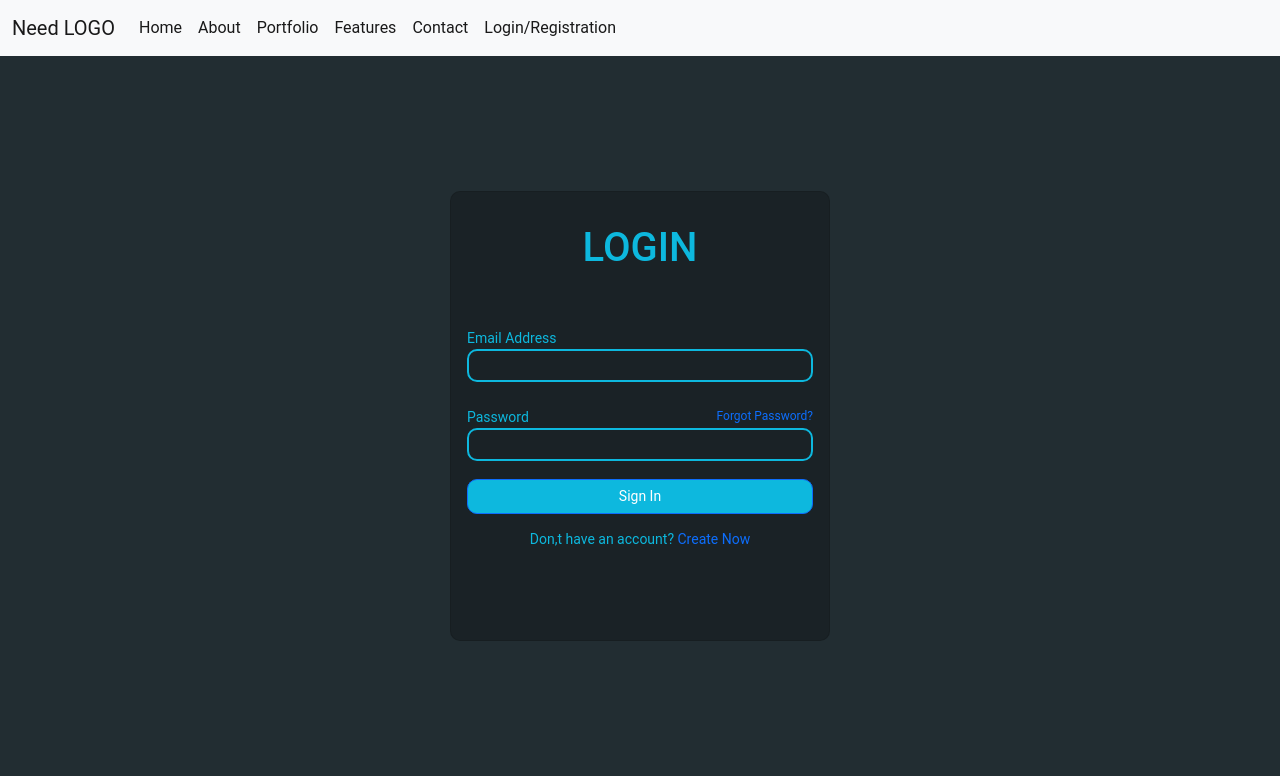
Repository: zjria/Bootstrap_logIn_1
Page: LoginPage/index.html
The author's editor kept a copy of each file at every save. The page is drawn from the files as they stood at one save, then again after the next save.
The browser window is 1280 px wide. The pictures show the whole page.

Above is the page before, as saved 2022-06-19 10:42:16.

### LoginPage/index.html
<!DOCTYPE html>
<html lang="en">
<head>
    <meta charset="UTF-8">
    <meta http-equiv="X-UA-Compatible" content="IE=edge">
    <meta name="viewport" content="width=device-width, initial-scale=1.0">
    <title>LogIn Page</title>

    <!-- Bootstrap CDN Link -->
    <link href="https://cdn.jsdelivr.net/npm/bootstrap@5.0.2/dist/css/bootstrap.min.css" rel="stylesheet" integrity="sha384-EVSTQN3/azprG1Anm3QDgpJLIm9Nao0Yz1ztcQTwFspd3yD65VohhpuuCOmLASjC" crossorigin="anonymous">

    <!-- Google Font -->
    <link rel="preconnect" href="https://fonts.googleapis.com">
    <link rel="preconnect" href="https://fonts.gstatic.com" crossorigin>
    <!-- Custom Css -->
    <link rel="stylesheet" href="style.css">
</head>
<body>

    <!-- Navbar -->
    <nav class="navbar navbar-expand-lg navbar-light bg-light">
        <div class="container-fluid">
          <a class="navbar-brand" href="#">Need LOGO</a>
          <button class="navbar-toggler" type="button" data-bs-toggle="collapse" data-bs-target="#navbarSupportedContent" aria-controls="navbarSupportedContent" aria-expanded="false" aria-label="Toggle navigation">
            <span class="navbar-toggler-icon"></span>
          </button>
          <div class="collapse navbar-collapse" id="navbarSupportedContent">
            <ul class="navbar-nav mb-2 mb-lg-0 ml-auto">
              <li class="nav-item">
                <a class="nav-link active" aria-current="page" href="#">Home</a>
              </li>
              <li class="nav-item">
                <a class="nav-link active" aria-current="page" href="#">About</a>
              </li>
              <li class="nav-item">
                <a class="nav-link active" aria-current="page" href="#">Portfolio</a>
              </li>
              <li class="nav-item">
                <a class="nav-link active" aria-current="page" href="#">Features</a>
              </li>
              <li class="nav-item">
                <a class="nav-link active" aria-current="page" href="#">Contact</a>
              </li>
              <li class="nav-item">
                <a class="nav-link active" aria-current="page" href="#">Login/Registration</a>
              </li>

            </ul>

          </div>
        </div>
      </nav>



    <!-- Login Form -->
    <div class="global-container">
        <div class="card login-form">
            <div class="card-body">
                <h1 class="card-body text-center">LOGIN</h1>
                <div class="card-text">
                    <form action="#">

                        <div class="form-group">
                            <label for="exampleInputEmail1">Email Address</label>
                            <input type="email" class="form-control form-control-sm" id="exampleInputEmail1">
                        </div>

                        <div class="form-group">
                            <label for="exampleInputPassword1">Password</label>
                            <a href="#" style="float: right; font-size: 12px;" class="text-decoration-none">Forgot Password?</a>

                            <input type="password" class="form-control form-control-sm mb-2" id="exampleInputPassword1">

                            <div class="d-grid gap-2">

                                <button type="submit" class="btn btn-primary">
                                    Sign In
                                </button>

                              </div>

                            </div>




                        <div class="signup">Don,t have an account? <a href="#" class="text-decoration-none">Create Now</a></div>
                    </form>
                </div>
            </div>
        </div>
    </div>

<!-- Bootstrap JavaScript Link -->
<script src="https://cdn.jsdelivr.net/npm/bootstrap@5.0.2/dist/js/bootstrap.bundle.min.js" integrity="sha384-MrcW6ZMFYlzcLA8Nl+NtUVF0sA7MsXsP1UyJoMp4YLEuNSfAP+JcXn/tWtIaxVXM" crossorigin="anonymous"></script>

</body>
</html>

### LoginPage/style.css
body, html {
    height: 100%;
    background-color: #222d32 !important;
    font-family: 'Roboto', sans-serif;
}
.global-container{
    height: 100%;
    display: flex;
    align-items: center;
    justify-content: center;
    color: #0db8de;
}
form{
    padding-top: 10px;
    margin-top: 30px;
    font-size: 14px;
}
.login-form{
    width: 380px;
    height: 450px;
    margin: 20px;
    background: #1a2226 !important;
    border-radius: 10px !important;
}

input[type="email"],
input[type="password"]{
    background: #1a2226;
    border: 2px solid #0db8de;
    border-radius: 10px;
    margin-bottom: 25px;
    color: #fff;
}
/* input[type="email"]:focus,
input[type="password"]:focus{
    outline: none;
    border: none;
    background: #1a2226;
    margin: 0;
} */
.card-title{
    font-weight: 900;
    padding-top: 20px;
}
.btn{
    background: #0db8de;
    font-size: 14px;
    transform: translateY(10px);
    border-radius: 10px !important;
}
.signup{
    text-align: center;
    padding-top: 25px;
}

After the next save:
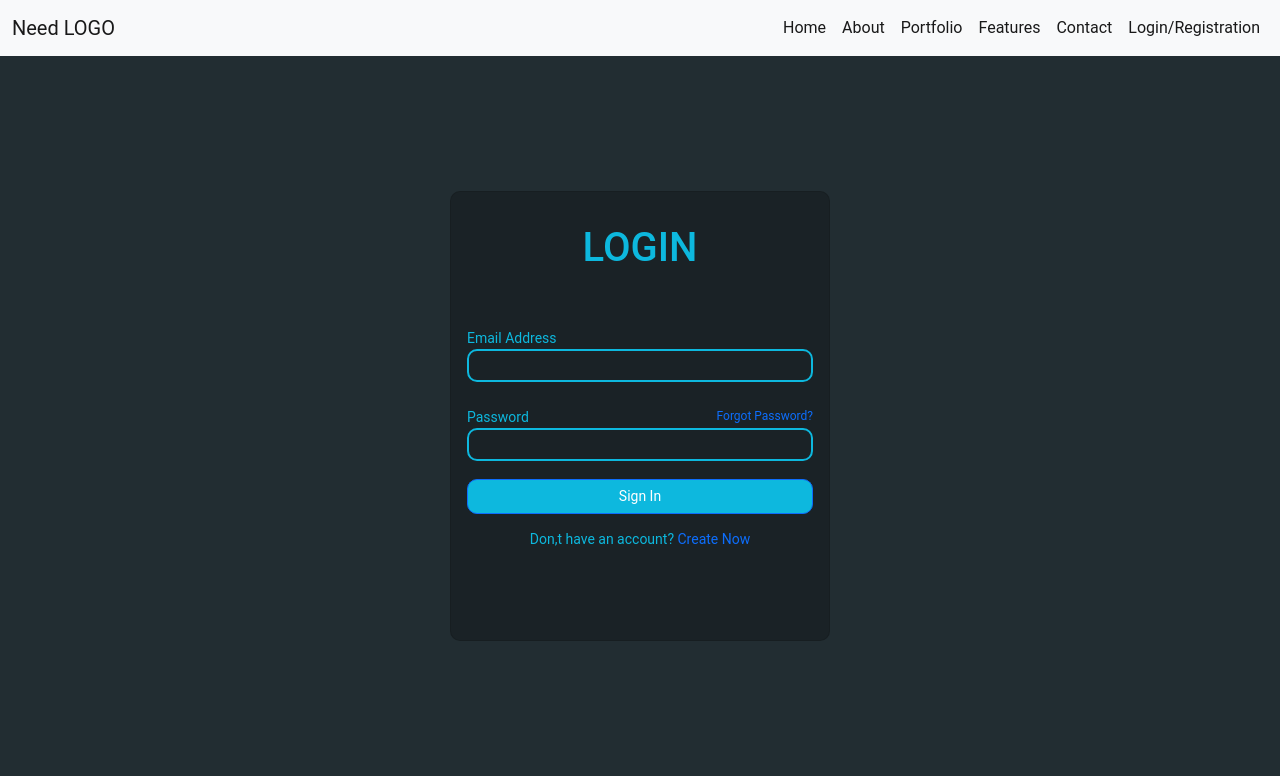
Saved 90 s later.
--- a/LoginPage/style.css
+++ b/LoginPage/style.css
@@ -2,6 +2,9 @@ body, html {
     height: 100%;
     background-color: #222d32 !important;
     font-family: 'Roboto', sans-serif;
+}
+ul.navbar-nav.mb-2.mb-lg-0.ml-auto {
+    margin-left: auto;
 }
 .global-container{
     height: 100%;
